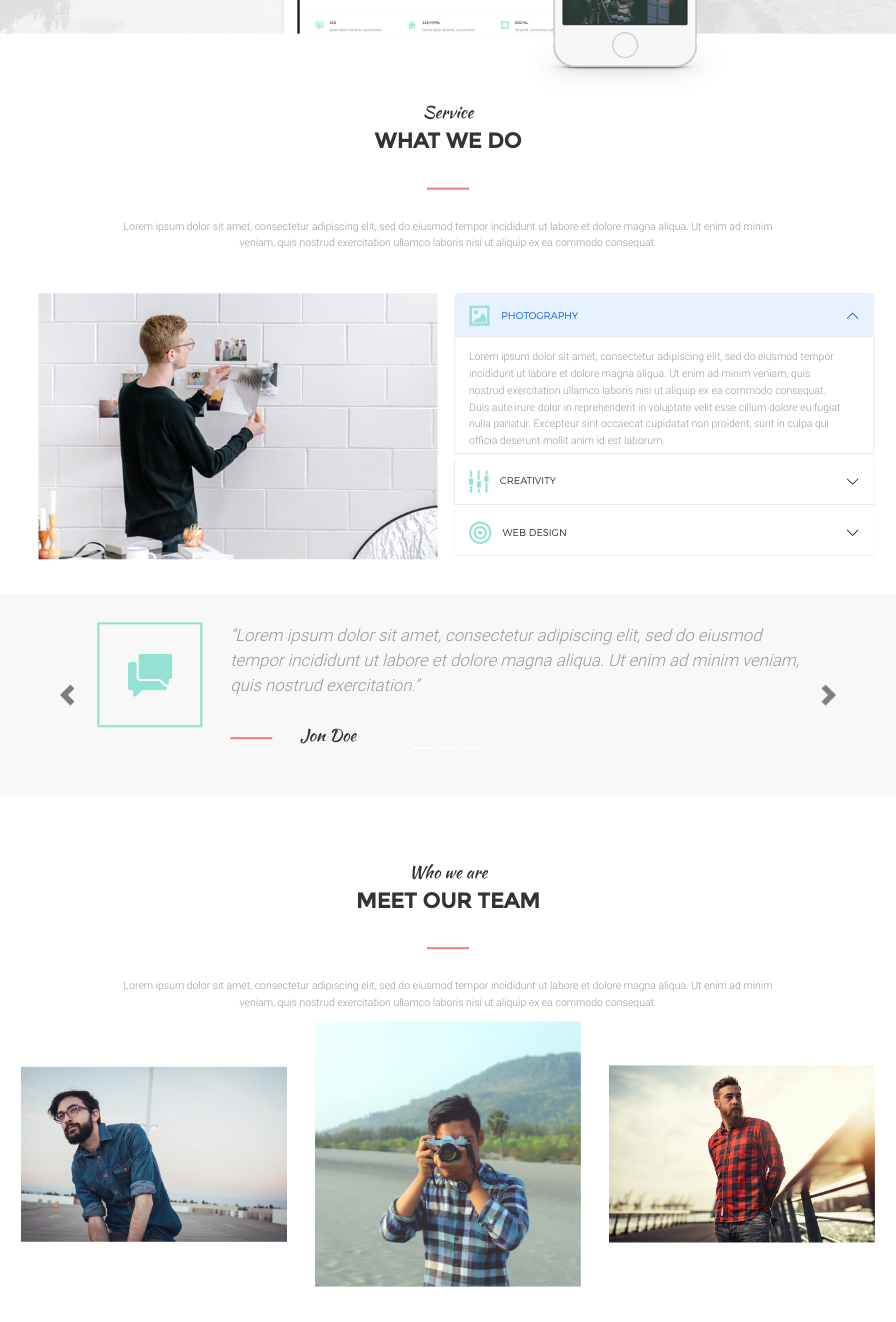
Repository: RaffiBarseghyan/mogo
Page: /
An editor plug-in stored every save of this project. The page is shown before and after the next save, followed by the edit.
The browser window is 1280 px wide. The pictures show the part of the page from y = 3380 to 5300 px (the page is 5268 px tall before and 5300 px after), at 70% of full size.
The project was rebuilt for these pictures with package versions that can differ from the ones it lists, and the page was loaded fresh each time.

Above is the page before, as saved 2023-05-12 23:19:43.

### src/App.jsx
import "./App.css";
import "bootstrap/dist/css/bootstrap.min.css";
import "bootstrap/dist/js/bootstrap.bundle";
import Header from "./Pages/Header/header";
import AboutUs from "./Pages/AboutUs/aboutUs";
import WorkWith from "./Pages/WorkWith/workWith";
import AllDevice from "./Pages/AllDevice/allDevice";
import Service from "./Pages/ServicePage/service";
import WeAre from "./Pages/WeAre/weAre";

function App() {
  return (
    <div className="App">
      <Header />
      <AboutUs />
      <WorkWith />
      <AllDevice />
      <Service />
      <WeAre />
    </div>
  );
}

export default App;

### src/Pages/AboutUs/aboutUs.jsx
import style from "./aboutUs.module.scss";
import aboutUs1 from "../../Assets/Images/aboutUs1.png";
import aboutUs2 from "../../Assets/Images/aboutUs2.png";
import aboutUs3 from "../../Assets/Images/aboutUs3.png";
import user from "../../Assets/Images/USERS.png";

function AboutUs() {
  return (
    <>
      <div className={style.aboutUs}>
        <h3>What we do</h3>
        <h2>Story about us</h2>
        <div className={style.line}></div>
        <p>
          Lorem ipsum dolor sit amet, consectetur adipiscing elit, sed do
          eiusmod tempor incididunt ut labore et dolore magna aliqua. Ut enim ad
          minim <br />
          veniam, quis nostrud exercitation ullamco laboris nisi ut aliquip ex
          ea commodo consequat.
        </p>
        <div className="d-flex justify-content-center flex-wrap ">
          <div className={style.imgDiv}>
            <img src={user} alt="" className={style.user} />
            <p>SUPER TEAM</p>
            <img src={aboutUs1} alt="" className={style.aboutImg} />
          </div>
          <div className={style.imgDiv}>
            <img src={user} alt="" className={style.user} />
            <p>SUPER TEAM</p>
            <img src={aboutUs2} alt="" className={style.aboutImg} />
          </div>
          <div className={style.imgDiv}>
            <img src={user} alt="" className={style.user} />
            <p>SUPER TEAM</p>
            <img src={aboutUs3} alt="" className={style.aboutImg} />
          </div>
        </div>
      </div>

      <div
        className={`${style.aboutUsFooter} d-flex justify-content-center align-items-center flex-wrap`}
      >
        <div className={style.first_line}>
          <h2>42</h2>
          <p>Web Design Projects</p>
        </div>
        <div>
          <h2>123</h2>
          <p>happy client</p>
        </div>
        <div>
          <h2>15</h2>
          <p>award winner</p>
        </div>
        <div>
          <h2>99</h2>
          <p>cup of coffee</p>
        </div>
        <div>
          <h2>24</h2>
          <p>members</p>
        </div>
      </div>
    </>
  );
}

export default AboutUs;

### src/Pages/WorkWith/workWith.jsx
import style from "./workWith.module.scss";
import ALARM from "../../Assets/Images/ALARM.png";
import LINEGRAPH from "../../Assets/Images/LINEGRAPH.png";
import COMPUTER_OK from "../../Assets/Images/COMPUTER_OK.png";
import BOOK from "../../Assets/Images/BOOK.png";
import HOME from "../../Assets/Images/HOME.png";
import IMAGE from "../../Assets/Images/IMAGE.png";

function WorkWith() {
  return (
    <>
      <div className={style.workWith}>
        <h3>We work with</h3>
        <h2>Amazing Services</h2>
        <div className={style.line}></div>

        <div
          className={`${style.workWithFooter} d-flex flex-wrap justify-content-center container`}
        >
          <div className={`d-flex ${style.box1}`}>
            <div>
              <img src={ALARM} alt="" />
            </div>
            <div>
              <h2>Photography</h2>
              <p>
                Lorem ipsum dolor sit amet, consectetur <br />
                adipiscing elit, sed do eiusmod tempor.
              </p>
            </div>
          </div>
          <div className={`d-flex ${style.box2}`}>
            <div>
              <img src={LINEGRAPH} alt="" />
            </div>
            <div>
              <h2>Web Design</h2>
              <p>
                Ipsum dolor sit amet, consectetur <br />
                adipiscing elit, sed do eiusmod tempor.
              </p>
            </div>
          </div>
          <div className={`d-flex ${style.box3}`}>
            <div>
              <img src={COMPUTER_OK} alt="" />
            </div>
            <div>
              <h2>Creativity</h2>
              <p>
                Dolor sit amet, consectetur adipiscing elit, <br />
                sed do eiusmod tempor.
              </p>
            </div>
          </div>
          <div className={`d-flex ${style.box4}`}>
            <div>
              <img src={BOOK} alt="" />
            </div>
            <div>
              <h2>seo</h2>
              <p>
                Ipsum dolor sit amet, consectetur <br />
                adipiscing elit, sed do eiusmod.
              </p>
            </div>
          </div>
          <div className={`d-flex ${style.box5}`}>
            <div>
              <img src={HOME} alt="" />
            </div>
            <div>
              <h2>Css/Html</h2>
              <p>
                Lorem dolor sit amet, consectetur <br />
                adipiscing elit, sed do tempor.
              </p>
            </div>
          </div>
          <div className={`d-flex ${style.box6}`}>
            <div>
              <img src={IMAGE} alt="" />
            </div>
            <div>
              <h2>digital</h2>
              <p>
                Sit amet, consectetur adipiscing elit, sed do <br />
                eiusmod tempor.
              </p>
            </div>
          </div>
        </div>
      </div>
    </>
  );
}

export default WorkWith;

### src/Pages/AllDevice/allDevice.jsx
import style from "./allDevice.module.scss";
import ipad from "../../Assets/Images/ipad.png";
import iphone from "../../Assets/Images/iphone.png";

function AllDevice() {
  return (
    <>
      <div className={`${style.allDevice}`}>
        <div className={style.allDeviceBg}>
          <h3>For all devices</h3>
          <h2>Unique design</h2>
          <div className={style.line}></div>
          <img src={ipad} alt="" className={style.ipad}/>
          <img src={iphone} alt="" className={style.iphone} />
        </div>
      </div>
    </>
  );
}

export default AllDevice;

### src/Pages/WeAre/weAre.jsx
import style from "./weAre.module.scss";
import admin1 from "../../Assets/Images/admin1.png";
import admin2 from "../../Assets/Images/admin2.png";
import admin3 from "../../Assets/Images/admin3.png";

function WeAre() {
  return (
    <>
      <div className={`${style.WeAre}`}>
        <h3>Who we are</h3>
        <h2>Meet our team</h2>
        <div className={style.line}></div>
        <p>
          Lorem ipsum dolor sit amet, consectetur adipiscing elit, sed do
          eiusmod tempor incididunt ut labore et dolore magna aliqua. Ut enim ad
          minim <br />
          veniam, quis nostrud exercitation ullamco laboris nisi ut aliquip ex
          ea commodo consequat.
        </p>

        <div className="d-flex justify-content-center flex-wrap ">
          <div className={style.imgDiv}>
            {/* <img src={user} alt="" className={style.user} /> */}
            <p>SUPER TEAM</p>
            <img src={admin1} alt="" className={style.aboutImg} />
          </div>
          <div className={style.imgDiv}>
            {/* <img src={user} alt="" className={style.user} /> */}
            <p>SUPER TEAM</p>
            <img src={admin2} alt="" className={style.aboutImg} />
          </div>
          <div className={style.imgDiv}>
            {/* <img src={user} alt="" className={style.user} /> */}
            <p>SUPER TEAM</p>
            <img src={admin3} alt="" className={style.aboutImg} />
          </div>
        </div>
      </div>
    </>
  );
}

export default WeAre;

### src/Pages/AboutUs/aboutUs.module.scss
@font-face {
  font-family: Montserrat;
  src: url("../../Assets/Fonts/montserrat/Montserrat-Light.otf")
    format("truetype");
}

@font-face {
  font-family: Montserrat_mid;
  src: url("../../Assets/Fonts/montserrat/Montserrat-Regular.ttf")
    format("truetype");
}

@font-face {
  font-family: Montserrat_bold;
  src: url("../../Assets/Fonts/montserrat/Montserrat-ExtraBold.otf")
    format("truetype");
}

@font-face {
  font-family: kaushan;
  src: url("../../Assets/Fonts/kaushan-script/kaushan-script.kaushanscript-regular.otf")
    format("truetype");
}

@font-face {
  font-family: Roboto;
  src: url("../../Assets/Fonts/robotofont/Roboto-Light.ttf") format("truetype");
}

.aboutUs {
  min-height: 750px;
  display: flex;
  flex-direction: column;
  align-items: center;
  justify-content: center;
  h3 {
    font-size: 24px;
    color: #333333;
    font-weight: 400;
    font-family: "kaushan";
    text-align: center;
  }
  h2 {
    font-size: 30px;
    text-transform: uppercase;
    color: #333333;
    font-weight: 700;
    font-family: "Montserrat_mid";
    text-align: center;
  }
  p {
    font-size: 15px;
    line-height: 24px;
    color: #999999;
    font-weight: 400;
    font-family: "Roboto";
    text-align: center;
    margin-bottom: 60px;
  }
  .line {
    width: 60px;
    height: 3px;
    background-color: #f38181;
    margin: 40px;
  }
  img {
    width: 380px;
    height: 250px;
    aspect-ratio: 3/2;
    object-fit: cover;
  }

  .imgDiv {
    width: 380px;
    height: 250px;
    margin: 20px;
    transition: 0.5s;
    display: flex;
    flex-direction: column;
    justify-content: center;
    align-items: center;
    p {
      font-size: 18px;
      text-transform: uppercase;
      color: #ffffff;
      font-weight: 700;
      font-family: "Montserrat";
      text-align: center;
      display: none;
      position: absolute;
      margin-top: 80px;
    }
    .user {
      width: 32px;
      height: 23px;
      display: none;
      position: absolute;
      margin-bottom: 30px;
    }
  }

  .imgDiv:hover {
    transition: 0.5s;
    box-shadow: 10px 10px 0px 0px rgba(149, 225, 211, 1);
    -webkit-box-shadow: 10px 10px 0px 0px rgba(149, 225, 211, 1);
    -moz-box-shadow: 10px 10px 0px 0px rgba(149, 225, 211, 1);
    cursor: pointer;
    p,
    .user {
      display: block;
    }
    background: rgb(226, 204, 123);
    background: linear-gradient(
      0deg,
      rgba(226, 204, 123, 1) 0%,
      rgba(219, 116, 116, 1) 53%
    );

    .aboutImg {
      opacity: 0.2;
    }
  }
}

.aboutUsFooter {
  min-height: 270px;
  background-color: #95e1d3;
  h2 {
    font-size: 72px;
    text-transform: uppercase;
    color: #ffffff;
    font-weight: 700;
    font-family: "Montserrat_bold";
    text-align: center;
  }
  p {
    font-size: 14px;
    text-transform: uppercase;
    color: #ffffff;
    font-weight: 400;
    font-family: "Montserrat";
    text-align: center;
  }
  div {
    width: 240px;
    height: 270px;
    border-right: 1px solid #ffffff;
    border-left: 1px solid #ffffff;

    display: flex;
    flex-direction: column;
    justify-content: center;
  }
}

### src/Pages/WorkWith/workWith.module.scss
@font-face {
  font-family: Montserrat;
  src: url("../../Assets/Fonts/montserrat/Montserrat-Light.otf")
    format("truetype");
}

@font-face {
  font-family: Montserrat_mid;
  src: url("../../Assets/Fonts/montserrat/Montserrat-Regular.ttf")
    format("truetype");
}

@font-face {
  font-family: Montserrat_bold;
  src: url("../../Assets/Fonts/montserrat/Montserrat-ExtraBold.otf")
    format("truetype");
}

@font-face {
  font-family: kaushan;
  src: url("../../Assets/Fonts/kaushan-script/kaushan-script.kaushanscript-regular.otf")
    format("truetype");
}

.workWith {
  min-height: 750px;
  display: flex;
  flex-direction: column;
  align-items: center;
  justify-content: center;
  h3 {
    font-size: 24px;
    color: #333333;
    font-weight: 400;
    font-family: "kaushan";
    text-align: center;
  }
  h2 {
    font-size: 30px;
    text-transform: uppercase;
    color: #333333;
    font-weight: 700;
    font-family: "Montserrat_mid";
    text-align: center;
  }
  .line {
    width: 60px;
    height: 3px;
    background-color: #f38181;
    margin: 40px;
  }
}

.workWithFooter {
  > div {
    width: 400px;
    margin-top: 90px;
  }
  h2 {
    font-size: 14px;
    text-transform: uppercase;
    color: #333333;
    font-weight: 400;
    font-family: "Montserrat";
    text-align: start;
  }
  p {
    font-size: 15px;
    line-height: 24px;
    color: #999999;
    font-weight: 400;
    font-family: "Roboto";
    text-align: start;
  }
  img {
    margin-right: 30px;
  }
}

.box1,
.box2,
.box3 {
  border-bottom: 1px solid #e5e5e5;
}

@media only screen and (max-width: 1399.2px) {
  .box1,
  .box2,
  .box3,
  .box4 {
    border-bottom: 1px solid #e5e5e5;
  }
}

@media only screen and (max-width: 991.2px) {
  .box1,
  .box2,
  .box3,
  .box4,
  .box5 {
    border-bottom: 1px solid #e5e5e5;
  }
}

### src/Pages/AllDevice/allDevice.module.scss
@font-face {
  font-family: Montserrat;
  src: url("../../Assets/Fonts/montserrat/Montserrat-Light.otf")
    format("truetype");
}

@font-face {
  font-family: Montserrat_mid;
  src: url("../../Assets/Fonts/montserrat/Montserrat-Regular.ttf")
    format("truetype");
}

@font-face {
  font-family: Montserrat_bold;
  src: url("../../Assets/Fonts/montserrat/Montserrat-ExtraBold.otf")
    format("truetype");
}

@font-face {
  font-family: kaushan;
  src: url("../../Assets/Fonts/kaushan-script/kaushan-script.kaushanscript-regular.otf")
    format("truetype");
}

.allDevice {
  min-height: 900px;

  h3 {
    font-size: 24px;
    color: #333333;
    font-weight: 400;
    font-family: "kaushan";
    text-align: center;
  }
  h2 {
    font-size: 30px;
    text-transform: uppercase;
    color: #333333;
    font-weight: 700;
    font-family: "Montserrat_mid";
    text-align: center;
  }
  .line {
    width: 60px;
    height: 3px;
    background-color: #f38181;
    margin: 40px;
  }
  .allDeviceBg {
    width: 100%;
    min-height: 850px;
    background-image: url("../../Assets/Images/allDeviceBg.png");
    background-position: center;
    background-size: cover;
    background-repeat: no-repeat;

    display: flex;
    flex-direction: column;
    align-items: center;
    justify-content: center;
  }
}

.ipad {
  position: absolute;
  margin-top: 268px;
}

.iphone {
  position: relative;
  top: 194px;
  left: 257px;
}

@media only screen and (max-width: 992.2px) {
  .ipad {
    width: 378px;
    height: 480px;
    margin-top: 370px;
  }
  .iphone {
    width: 200px;
    height: 360px;
    top: 225px;
    left: 217px;
  }
}

@media only screen and (max-width: 650.2px) {
  .ipad {
    width: 290px;
    height: 380px;
    margin-top: 470px;
  }
  .iphone {
    width: 165px;
    height: 290px;
    top: 250px;
    left: 159px;
  }
}

### src/Pages/ServicePage/service.module.scss
@font-face {
  font-family: Montserrat;
  src: url("../../Assets/Fonts/montserrat/Montserrat-Light.otf")
    format("truetype");
}

@font-face {
  font-family: Montserrat_mid;
  src: url("../../Assets/Fonts/montserrat/Montserrat-Regular.ttf")
    format("truetype");
}

@font-face {
  font-family: Montserrat_bold;
  src: url("../../Assets/Fonts/montserrat/Montserrat-ExtraBold.otf")
    format("truetype");
}

@font-face {
  font-family: kaushan;
  src: url("../../Assets/Fonts/kaushan-script/kaushan-script.kaushanscript-regular.otf")
    format("truetype");
}
@font-face {
  font-family: Roboto;
  src: url("../../Assets/Fonts/robotofont/Roboto-Light.ttf") format("truetype");
}

.Service {
  min-height: 750px;
  display: flex;
  flex-direction: column;
  align-items: center;
  justify-content: center;
  h3 {
    font-size: 24px;
    color: #333333;
    font-weight: 400;
    font-family: "kaushan";
    text-align: center;
  }
  h2 {
    font-size: 30px;
    text-transform: uppercase;
    color: #333333;
    font-weight: 700;
    font-family: "Montserrat_mid";
    text-align: center;
  }
  p {
    font-size: 15px;
    line-height: 24px;
    color: #999999;
    font-weight: 400;
    font-family: "Roboto";
    text-align: center;
    margin-bottom: 60px;
  }
}
.line {
  width: 60px;
  height: 3px;
  background-color: #f38181;
  margin: 40px;
}
.acordeon {
  width: 600px;
  height: 380px;
  button {
    font-size: 14px;
    text-transform: uppercase;
    color: #333333;
    font-weight: 400;
    font-family: "Montserrat";
  }
  .acordeonBody {
    width: 590px;
    height: 165px;
    font-size: 15px;
    line-height: 24px;
    color: #999999;
    font-weight: 300;
    font-family: "Roboto";
    text-align: start;
    overflow: auto;
  }
  ::-webkit-scrollbar {
    width: 5px;
  }

  /* Track */
  ::-webkit-scrollbar-track {
    box-shadow: inset 0 0 5px #f5f5f5;
    border-radius: 10px;
  }

  /* Handle */
  ::-webkit-scrollbar-thumb {
    background-color: #95e1d3;
    border-radius: 10px;
  }

  /* Handle on hover */
  ::-webkit-scrollbar-thumb:hover {
    background-color: #7fc0b4;
  }
}

.serviceFooter {
  min-height: 290px;
  background-color: #f8f8f8;
  display: flex;
  align-items: center;
  justify-content: center;
  > div {
    width: 1300px;
  }
  p {
    font-size: 24px;
    line-height: 36px;
    color: #999999;
    font-weight: 300;
    font-style: italic;
    font-family: "Roboto";
    text-align: start;
    margin-left: 40px;
  }
  h2 {
    font-size: 24px;
    color: #333333;
    font-weight: 400;
    font-family: "kaushan";
  }
}

.prev {
  width: 30px;
  height: 30px;
  background-image: url("data:[embedded picture, 192 characters]");
}

.next {
  width: 30px;
  height: 30px;
  background-image: url("data:[embedded picture, 193 characters]");
}

@media only screen and (max-width: 650.2px) {
  .acordeon {
    width: 480px;
    margin-top: 20px;
  }
  .acordeonBody {
    max-width: 470px;
  }
  .Service > div > img {
    width: 459px;
    height: 300px;
  }
  .serviceFooter{
    img{
        display: none;
    }
  }
}

### src/Pages/WeAre/weAre.module.scss
@font-face {
  font-family: Montserrat;
  src: url("../../Assets/Fonts/montserrat/Montserrat-Light.otf")
    format("truetype");
}

@font-face {
  font-family: Montserrat_mid;
  src: url("../../Assets/Fonts/montserrat/Montserrat-Regular.ttf")
    format("truetype");
}

@font-face {
  font-family: Montserrat_bold;
  src: url("../../Assets/Fonts/montserrat/Montserrat-ExtraBold.otf")
    format("truetype");
}

@font-face {
  font-family: kaushan;
  src: url("../../Assets/Fonts/kaushan-script/kaushan-script.kaushanscript-regular.otf")
    format("truetype");
}
@font-face {
  font-family: Roboto;
  src: url("../../Assets/Fonts/robotofont/Roboto-Light.ttf") format("truetype");
}

.WeAre {
  min-height: 750px;
  display: flex;
  flex-direction: column;
  align-items: center;
  justify-content: center;
  h3 {
    font-size: 24px;
    color: #333333;
    font-weight: 400;
    font-family: "kaushan";
    text-align: center;
  }
  h2 {
    font-size: 30px;
    text-transform: uppercase;
    color: #333333;
    font-weight: 700;
    font-family: "Montserrat_mid";
    text-align: center;
  }
  p {
    font-size: 15px;
    line-height: 24px;
    color: #999999;
    font-weight: 400;
    font-family: "Roboto";
    text-align: center;
    margin-bottom: 60px;
  }
  img {
    width: 380px;
    height: 470px;
    object-fit: cover;
  }
}
.line {
  width: 60px;
  height: 3px;
  background-color: #f38181;
  margin: 40px;
}

.imgDiv {
  width: 380px;
  height: 250px;
  margin: 20px;
  transition: 0.5s;
  display: flex;
  flex-direction: column;
  justify-content: center;
  align-items: center;
  p {
    font-size: 18px;
    text-transform: uppercase;
    color: #ffffff;
    font-weight: 700;
    font-family: "Montserrat";
    text-align: center;
    display: none;
    position: absolute;
    margin-top: 80px;
  }
  .user {
    width: 32px;
    height: 23px;
    display: none;
    position: absolute;
    margin-bottom: 30px;
  }
}
.imgDiv:hover {
  transition: 0.5s;
  box-shadow: 10px 10px 0px 0px rgba(149, 225, 211, 1);
  -webkit-box-shadow: 10px 10px 0px 0px rgba(149, 225, 211, 1);
  -moz-box-shadow: 10px 10px 0px 0px rgba(149, 225, 211, 1);
  cursor: pointer;
  p,
  .user {
    display: block;
  }
  background: rgb(226, 204, 123);
  background: linear-gradient(
    0deg,
    rgba(226, 204, 123, 1) 0%,
    rgba(219, 116, 116, 1) 53%
  );

  .aboutImg {
    opacity: 0.2;
  }
}

Loaded but not shown: public/index.html (common file); src/index.js (common file); src/index.css (common file); src/reportWebVitals.js (common file); src/App.css (common file); src/Pages/ServicePage/service.jsx (248 lines, source omitted); src/Pages/Header/header.module.scss (204 lines, source omitted); src/Pages/Header/header.jsx (96 lines, source omitted)

After the next save:
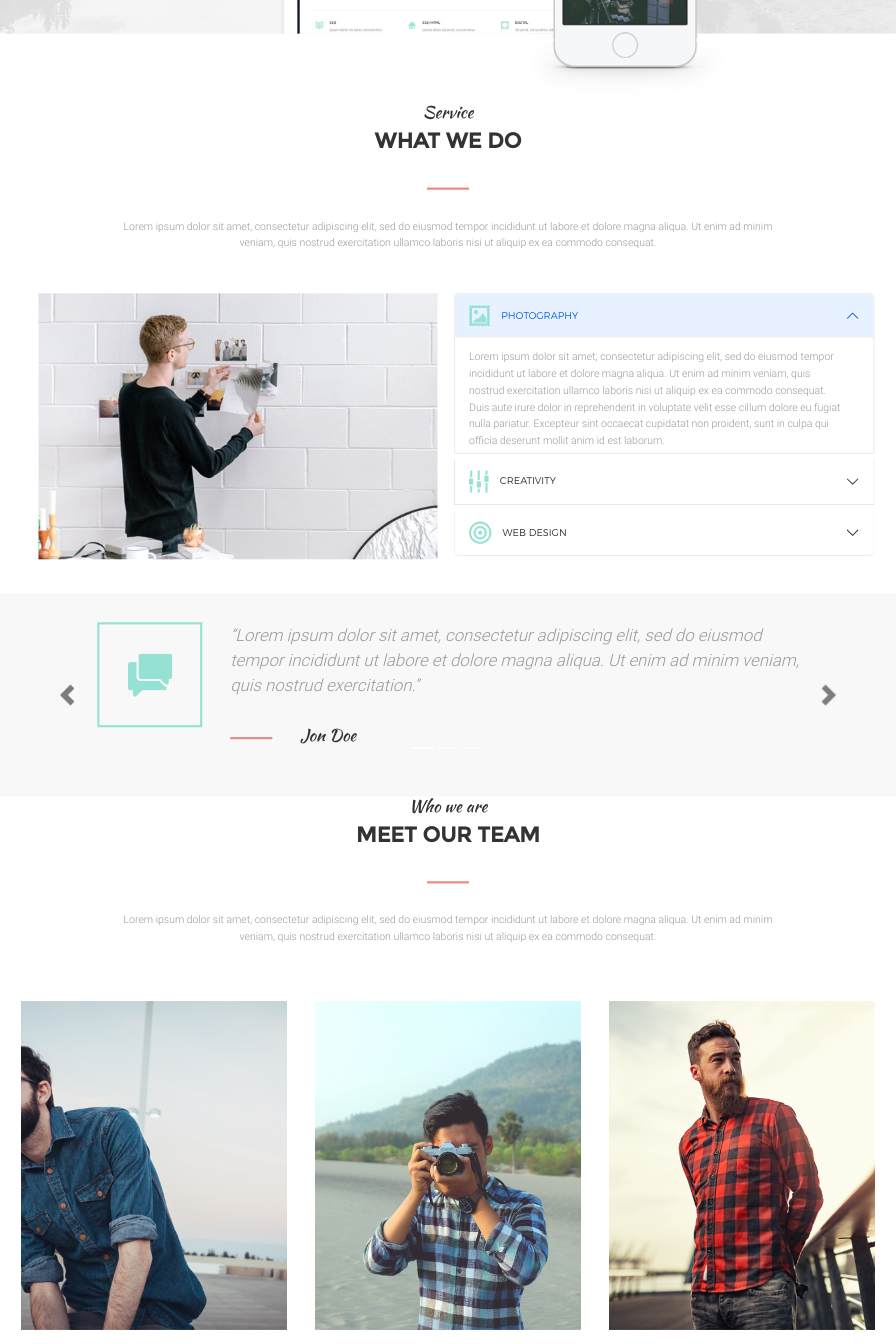
Saved 9 s later.
--- a/src/Pages/WeAre/weAre.module.scss
+++ b/src/Pages/WeAre/weAre.module.scss
@@ -70,8 +70,8 @@
 }
 
 .imgDiv {
-  width: 380px;
-  height: 250px;
+    width: 380px;
+    height: 470px;
   margin: 20px;
   transition: 0.5s;
   display: flex;
